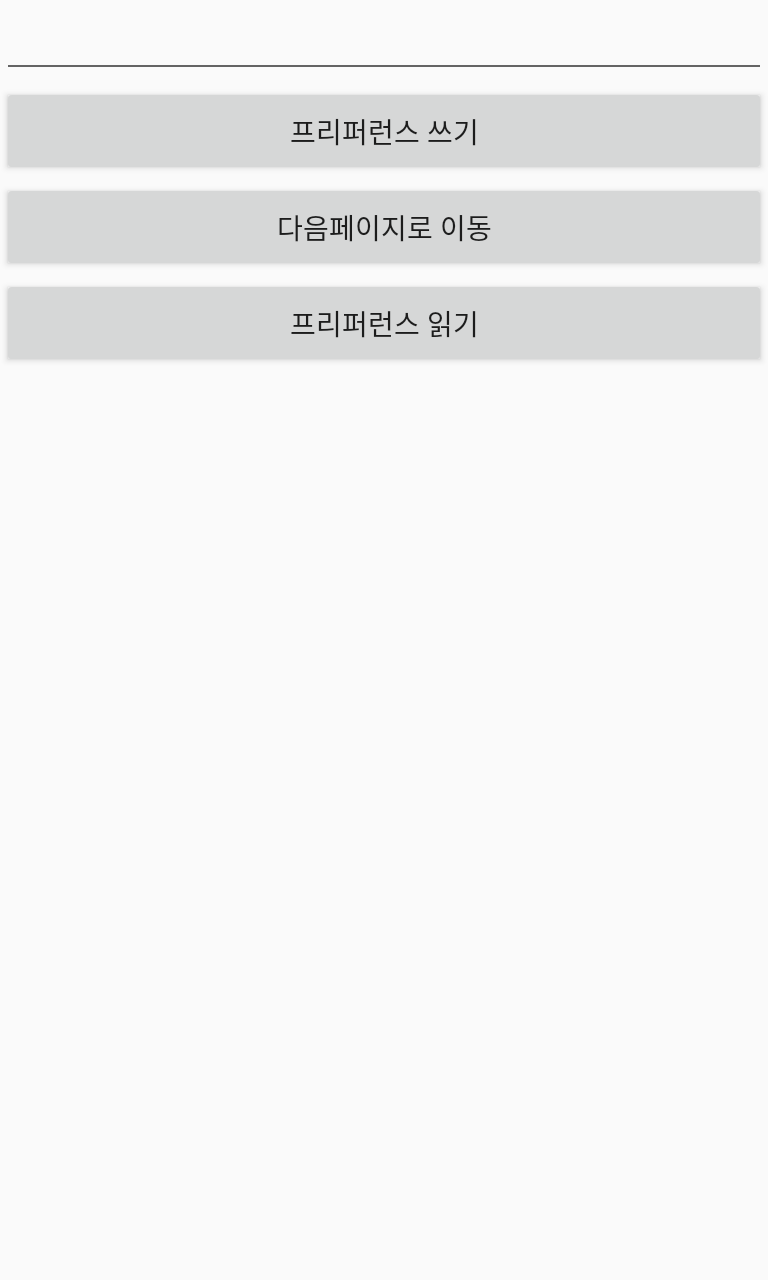
Repository: testGitHubTeam/study_Android
Layout: 66PreferencesEx/res/layout/activity_main.xml
An editor plug-in stored every save of this project. The layout is shown before and after the next save, followed by the edit.
It is drawn on a 768 x 1280 px phone screen (xhdpi) without system bars, with theme AppTheme; the app's code is not run.

Above is the layout before, as saved 2014-04-29 02:46:48.

### 66PreferencesEx/res/layout/activity_main.xml
<LinearLayout xmlns:android="http://schemas.android.com/apk/res/android"
    xmlns:tools="http://schemas.android.com/tools"
    android:id="@+id/container"
    android:layout_width="match_parent"
    android:layout_height="match_parent"
    tools:context="kr.android.preferences.MainActivity"
    tools:ignore="MergeRootFrame"
    android:orientation="vertical"
     >

    <EditText
        android:id="@+id/etText"
        android:layout_width="match_parent"
        android:layout_height="wrap_content"
        />

    <Button
        android:id="@+id/btnWrite"
        android:layout_width="match_parent"
        android:layout_height="wrap_content"
        android:text="프리퍼런스 쓰기" />

    <Button
        android:id="@+id/btnMove"
        android:layout_width="match_parent"
        android:layout_height="wrap_content"
        android:text="다음페이지로 이동" />

    <Button
        android:id="@+id/btnRead"
        android:layout_width="match_parent"
        android:layout_height="wrap_content"
        android:text="프리퍼런스 읽기" />

    <TextView
        android:id="@+id/tvView"
        android:layout_width="match_parent"
        android:layout_height="wrap_content"
         />

</LinearLayout>

Loaded but not shown: 66PreferencesEx/res/values/styles.xml (common file); 66PreferencesEx/res/values-v11/styles.xml (common file); 66PreferencesEx/res/values-v14/styles.xml (common file)

After the next save:
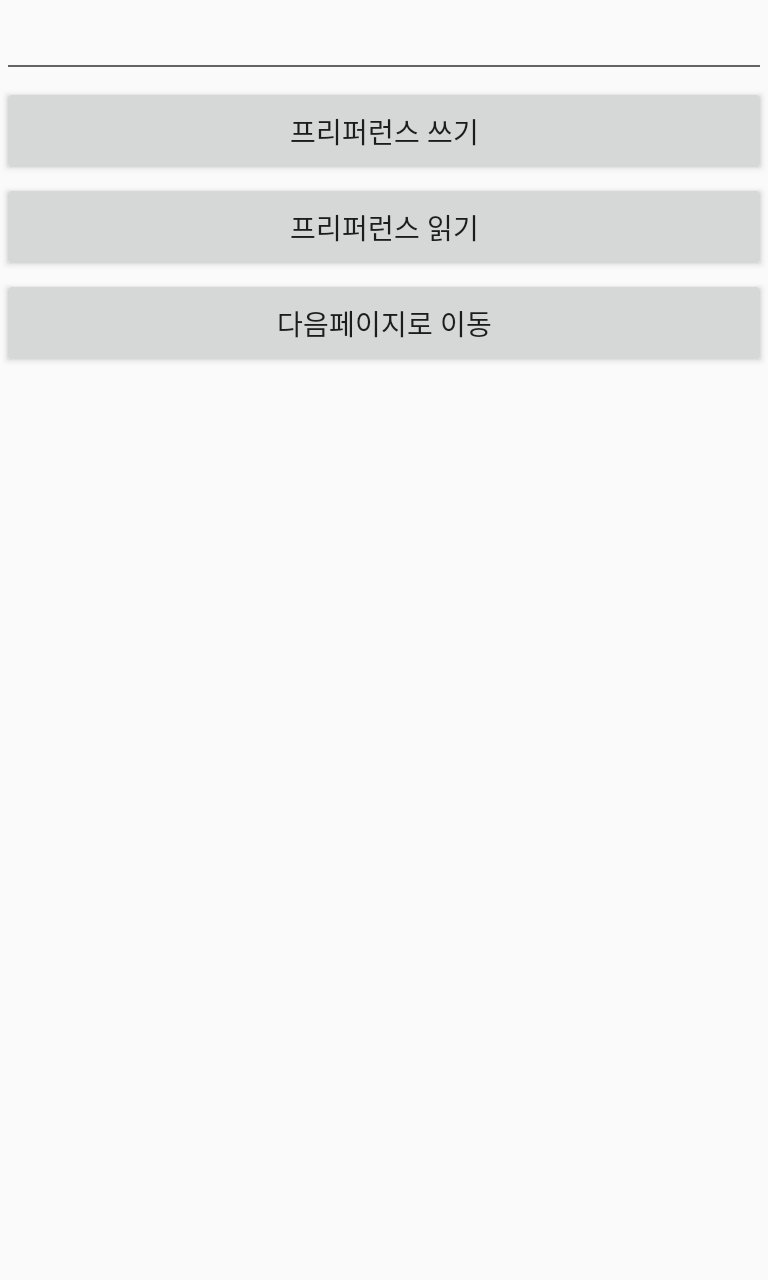
Saved 89 s later.
--- a/66PreferencesEx/res/layout/activity_main.xml
+++ b/66PreferencesEx/res/layout/activity_main.xml
@@ -21,16 +21,15 @@
         android:text="프리퍼런스 쓰기" />
 
     <Button
+        android:id="@+id/btnRead"
+        android:layout_width="match_parent"
+        android:layout_height="wrap_content"
+        android:text="프리퍼런스 읽기" />
+    <Button
         android:id="@+id/btnMove"
         android:layout_width="match_parent"
         android:layout_height="wrap_content"
         android:text="다음페이지로 이동" />
-
-    <Button
-        android:id="@+id/btnRead"
-        android:layout_width="match_parent"
-        android:layout_height="wrap_content"
-        android:text="프리퍼런스 읽기" />
 
     <TextView
         android:id="@+id/tvView"
